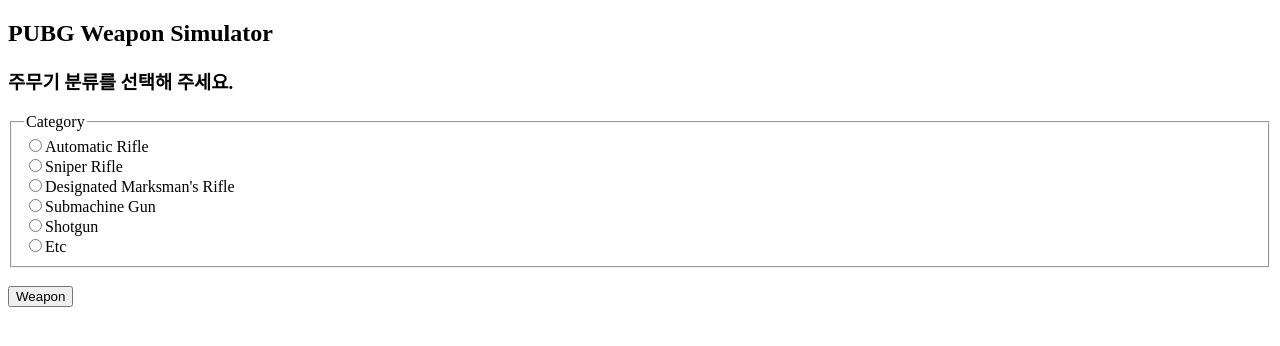
Repository: Tak-kuen/18-2
Page: http://localhost/1501163-report1/1_Start.jsp
These files come from the project's save history. The page is drawn as it stood at one moment and after the next save; the edit follows.
The browser window is 1280 px wide. The pictures show the whole page.
The page is served by Tomcat 9.

Above is the page before, as saved 2018-09-07 09:17:50.

After the next save:
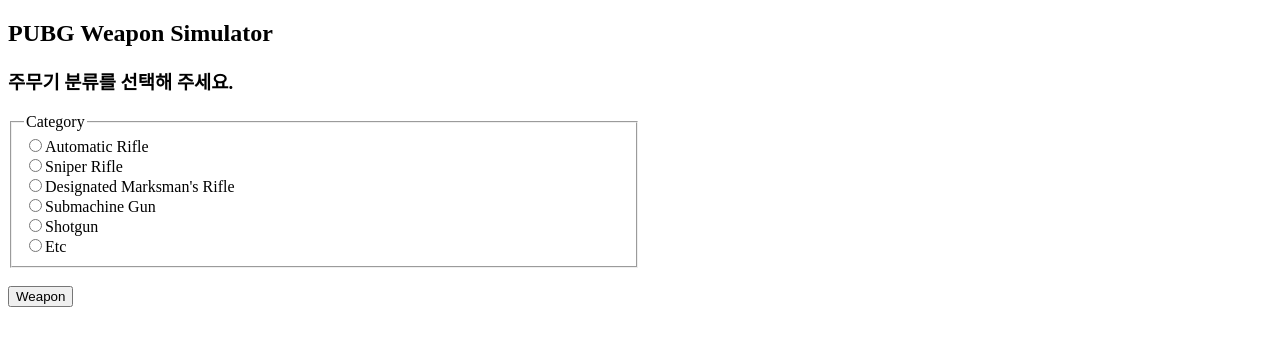
Saved 105 s later.
--- a/code/1501163-report1/WebContent/1_Start.jsp
+++ b/code/1501163-report1/WebContent/1_Start.jsp
@@ -10,8 +10,7 @@
 <h2>PUBG Weapon Simulator</h2>
 <h3>주무기 분류를 선택해 주세요.</h3>
 <form action="2_weaponSelect.jsp" method="post">
-<div>
-<fieldset>
+<fieldset style="width: 600px;">
 <legend>Category</legend>
 <input name="category" type="radio" value="ar" >Automatic Rifle<br/>
 <input name="category" type="radio" value="sr">Sniper Rifle<br/>
@@ -20,7 +19,6 @@
 <input name="category" type="radio" value="sg">Shotgun<br/>
 <input name="category" type="radio" value="etc">Etc<br/>
 </fieldset>
-</div>
 <br/>
 <input type="submit" value="Weapon">
 
